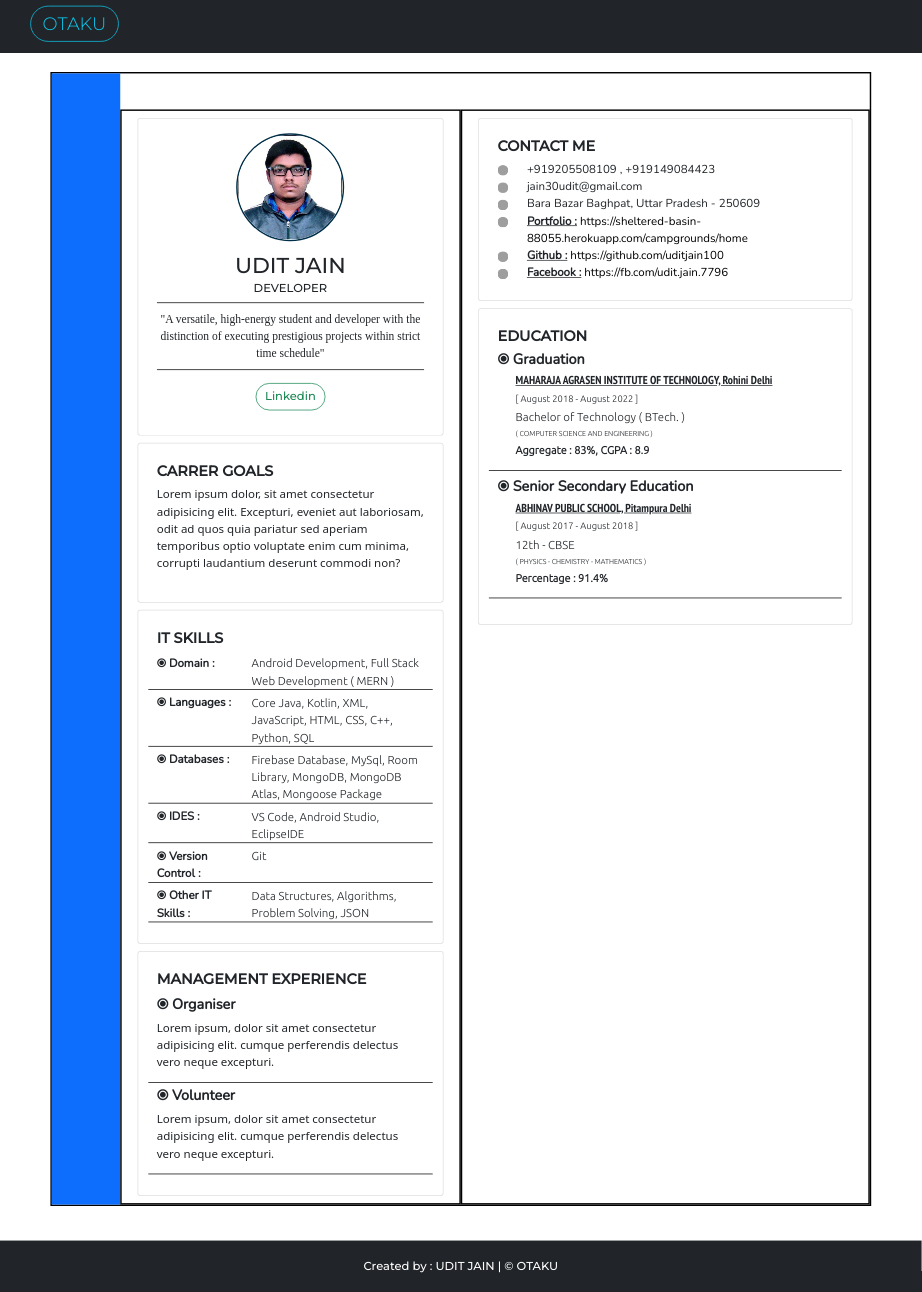
Repository: uditjain100/Responsive-Resume
Page: layouts/index.html
An editor plug-in stored every save of this project. The page is shown before and after the next save, followed by the edit.
The browser window is 1280 px wide. The pictures show the whole page, at 72% of full size.
Pictures or frames that could not be fetched are drawn as grey boxes. Some web fonts or font styles are not loaded; a fallback is used. Some web libraries are served in a nearby version.

Above is the page before, as saved 2021-03-01 18:08:49.

### layouts/index.html
<!DOCTYPE html>
<html lang="en">
  <head>
    <meta charset="UTF-8" />
    <meta http-equiv="X-UA-Compatible" content="IE=edge" />
    <meta name="viewport" content="width=device-width, initial-scale=1.0" />
    <title>Udit Jain</title>
    <link rel="stylesheet" href="app.css" />
    <link
      href="https://cdn.jsdelivr.net/npm/bootstrap@5.0.0-beta1/dist/css/bootstrap.min.css"
      rel="stylesheet"
      integrity="sha384-giJF6kkoqNQ00vy+HMDP7azOuL0xtbfIcaT9wjKHr8RbDVddVHyTfAAsrekwKmP1"
      crossorigin="anonymous"
    />

    <link rel="preconnect" href="https://fonts.gstatic.com" />
    <link
      href="https://fonts.googleapis.com/css2?family=Montserrat:wght@300;500&display=swap"
      rel="stylesheet"
    />
    <link
      href="https://fonts.googleapis.com/css2?family=Roboto+Slab:wght@300&display=swap"
      rel="stylesheet"
    />
    <link
      href="https://fonts.googleapis.com/css2?family=Spartan:wght@500&display=swap"
      rel="stylesheet"
    />
    <link
      href="https://fonts.googleapis.com/css2?family=Red+Hat+Display&display=swap"
      rel="stylesheet"
    />
    <link
      href="https://fonts.googleapis.com/css2?family=Ubuntu:wght@300&display=swap"
      rel="stylesheet"
    />
    <link
      href="https://fonts.googleapis.com/css2?family=Quicksand:wght@700&display=swap"
      rel="stylesheet"
    />
    <link
      href="https://fonts.googleapis.com/css2?family=Nunito&display=swap"
      rel="stylesheet"
    />
    <link
      href="https://fonts.googleapis.com/css2?family=Akaya+Kanadaka&display=swap"
      rel="stylesheet"
    />
    <link
      href="https://fonts.googleapis.com/css2?family=Akaya+Kanadaka&family=PT+Sans+Narrow:wght@700&display=swap"
      rel="stylesheet"
    />
  </head>
  <body>
    <header class="header">
      <nav class="navbar navbar-expand-lg navbar-light bg-dark pb-3 fixed-top">
        <div class="container-fluid">
          <a
            id="navtitle"
            class="navbar-brand text-info px-3 rounded-pill border border-info"
            href="#"
            >OTAKU</a
          >
        </div>
      </nav>
    </header>

    <div class="container">
      <div id="wholewindow" class="row">
        <div class="col-1 bg-primary"></div>
        <div id="leftwindow" class="col-5">
          <div id="namebox" class="card">
            <img
              id="profileimg"
              src="profile.jpg"
              class="card-img-top"
              alt="..."
            />
            <div class="card-body">
              <h3 class="card-title" style="font-size: 30px; font-weight: 400">
                UDIT JAIN
              </h3>
              <h6 class="card-subtitle">DEVELOPER</h6>
              <p id="summary">
                "A versatile, high-energy student and developer with the
                distinction of executing prestigious projects within strict time
                schedule"
              </p>
              <a href="#" class="btn btn-outline-success rounded-pill m-2"
                >Linkedin</a
              >
            </div>
          </div>
          <div id="goalbox" class="card">
            <div class="card-body">
              <h3 class="card-title">CARRER GOALS</h3>
              <p>
                Lorem ipsum dolor, sit amet consectetur adipisicing elit.
                Excepturi, eveniet aut laboriosam, odit ad quos quia pariatur
                sed aperiam temporibus optio voluptate enim cum minima, corrupti
                laudantium deserunt commodi non?
              </p>
            </div>
          </div>
          <div id="itskillsbox" class="card">
            <div class="card-body">
              <h3 class="card-title">IT SKILLS</h3>
              <ul class="list-group">
                <li id="itskillsitem" class="row">
                  <span class="col-4" id="que">⦿ Domain : </span>
                  <span class="col-8" id="ans"
                    >Android Development, Full Stack Web Development ( MERN
                    )</span
                  >
                </li>
                <li id="itskillsitem" class="row">
                  <span class="col-4" id="que">⦿ Languages : </span>
                  <span class="col-8" id="ans"
                    >Core Java, Kotlin, XML, JavaScript, HTML, CSS, C++, Python,
                    SQL</span
                  >
                </li>
                <li id="itskillsitem" class="row">
                  <span class="col-4" id="que">⦿ Databases : </span>
                  <span class="col-8" id="ans"
                    >Firebase Database, MySql, Room Library, MongoDB, MongoDB
                    Atlas, Mongoose Package</span
                  >
                </li>
                <li id="itskillsitem" class="row">
                  <span class="col-4" id="que">⦿ IDES : </span>
                  <span class="col-8" id="ans"
                    >VS Code, Android Studio, EclipseIDE</span
                  >
                </li>
                <li id="itskillsitem" class="row">
                  <span class="col-4" id="que">⦿ Version Control : </span>
                  <span class="col-8" id="ans">Git</span>
                </li>
                <li id="itskillsitem" class="row">
                  <span class="col-4" id="que">⦿ Other IT Skills : </span>
                  <span class="col-8" id="ans"
                    >Data Structures, Algorithms, Problem Solving, JSON</span
                  >
                </li>
              </ul>
            </div>
          </div>
          <div id="managementskillsbox" class="card">
            <div class="card-body">
              <h3 class="card-title">MANAGEMENT EXPERIENCE</h3>
              <ul class="list-group">
                <li id="managementskillsitem" class="row">
                  <h5 id="que" class="display-10">⦿ Organiser</h5>
                  <p>
                    Lorem ipsum, dolor sit amet consectetur adipisicing elit.
                    cumque perferendis delectus vero neque excepturi.
                  </p>
                </li>
                <li id="managementskillsitem" class="row">
                  <h5 id="que" class="display-10">⦿ Volunteer</h5>
                  <p>
                    Lorem ipsum, dolor sit amet consectetur adipisicing elit.
                    cumque perferendis delectus vero neque excepturi.
                  </p>
                </li>
              </ul>
            </div>
          </div>
        </div>
        <div id="rightwindow" class="col-6">
          <div id="contactbox" class="card">
            <div class="card-body">
              <h3 class="card-title">CONTACT ME</h3>
              <ul class="list-group">
                <li id="contactitem" class="row">
                  <div class="col-1">
                    <img
                      src="https://cdn.jsdelivr.net/npm/simple-icons@3.0.1/icons/android.svg"
                      alt=""
                    />
                  </div>
                  <div class="col-11">+919205508109 , +919149084423</div>
                </li>
                <li id="contactitem" class="row">
                  <div class="col-1">
                    <img
                      src="https://cdn.jsdelivr.net/npm/simple-icons@3.0.1/icons/gmail.svg"
                      alt=""
                    />
                  </div>
                  <div class="col-11">jain30udit@gmail.com</div>
                </li>
                <li id="contactitem" class="row">
                  <div class="col-1">
                    <img
                      src="https://cdn.jsdelivr.net/npm/simple-icons@3.0.1/icons/googlemaps.svg"
                      alt=""
                    />
                  </div>
                  <div class="col-11">
                    Bara Bazar Baghpat, Uttar Pradesh - 250609
                  </div>
                </li>
                <li id="contactitem" class="row">
                  <div class="col-1">
                    <img
                      src="https://cdn.jsdelivr.net/npm/simple-icons@4.13.0/icons/webpack.svg"
                      alt=""
                    />
                  </div>
                  <div style="text-align: left; margin-left: 0" class="col-11">
                    <span style="text-decoration: underline; font-weight: 800"
                      >Portfolio :</span
                    >
                    <a
                      href="https://sheltered-basin-88055.herokuapp.com/campgrounds/home"
                      ><span
                        >https://sheltered-basin-88055.herokuapp.com/campgrounds/home</span
                      ></a
                    >
                  </div>
                </li>
                <li id="contactitem" class="row">
                  <div class="col-1">
                    <img
                      src="https://cdn.jsdelivr.net/npm/simple-icons@4.13.0/icons/github.svg"
                      alt=""
                    />
                  </div>
                  <div style="text-align: left; margin-left: 0" class="col-11">
                    <span style="text-decoration: underline; font-weight: 800"
                      >Github :</span
                    >
                    <a href="https://github.com/uditjain100"
                      ><span>https://github.com/uditjain100</span></a
                    >
                  </div>
                </li>
                <li id="contactitem" class="row">
                  <div class="col-1">
                    <img
                      src="https://cdn.jsdelivr.net/npm/simple-icons@4.13.0/icons/facebook.svg"
                      alt=""
                    />
                  </div>
                  <div style="text-align: left; margin-left: 0" class="col-11">
                    <span style="text-decoration: underline; font-weight: 800"
                      >Facebook :</span
                    >
                    <a href="https://fb.com/udit.jain.7796"
                      ><span>https://fb.com/udit.jain.7796</span></a
                    >
                  </div>
                </li>
              </ul>
            </div>
          </div>
          <div id="educationbox" class="card">
            <div class="card-body">
              <h3 class="card-title">EDUCATION</h3>
              <ul class="list-group">
                <li id="educationitem" class="row">
                  <h5 id="que" class="display-10">⦿ Graduation</h5>
                  <div id="details" style="margin-left: 25px">
                    <h6
                      id="institutename"
                      style="font-family: 'PT Sans Narrow'"
                      class="display-12"
                    >
                      MAHARAJA AGRASEN INSTITUTE OF TECHNOLOGY, Rohini Delhi
                    </h6>
                    <h6
                      class="text-fade"
                      id="timestamp"
                      style="font-weight: 400"
                    >
                      [ August 2018 - August 2022 ]
                    </h6>
                    <h6 id="stream">Bachelor of Technology ( BTech. )</h6>
                    <h6 id="subjects">( COMPUTER SCIENCE AND ENGINEERING )</h6>
                    <h6 id="marks">Aggregate : 83%, CGPA : 8.9</h6>
                  </div>
                </li>
                <li id="educationitem" class="row">
                  <h5 id="que" class="display-10">
                    ⦿ Senior Secondary Education
                  </h5>
                  <div id="details" style="margin-left: 25px">
                    <h6
                      id="institutename"
                      style="font-family: 'PT Sans Narrow'"
                      class="display-12"
                    >
                      ABHINAV PUBLIC SCHOOL, Pitampura Delhi
                    </h6>
                    <h6
                      class="text-fade"
                      id="timestamp"
                      style="font-weight: 400"
                    >
                      [ August 2017 - August 2018 ]
                    </h6>
                    <h6 id="stream">12th - CBSE</h6>
                    <h6 id="subjects">( PHYSICS - CHEMISTRY - MATHEMATICS )</h6>
                    <h6 id="marks">Percentage : 91.4%</h6>
                  </div>
                </li>
              </ul>
            </div>
          </div>
        </div>
      </div>
    </div>

    <footer class="footer bg-dark mt-5 py-4">
      <div class="container">
        <span class="" style="text-align: center"
          >Created by : UDIT JAIN | &copy; OTAKU</span
        >
      </div>
    </footer>

    <script
      src="https://cdn.jsdelivr.net/npm/@popperjs/core@2.6.0/dist/umd/popper.min.js"
      integrity="sha384-KsvD1yqQ1/1+IA7gi3P0tyJcT3vR+NdBTt13hSJ2lnve8agRGXTTyNaBYmCR/Nwi"
      crossorigin="anonymous"
    ></script>
    <script
      src="https://cdn.jsdelivr.net/npm/bootstrap@5.0.0-beta2/dist/js/bootstrap.min.js"
      integrity="sha384-nsg8ua9HAw1y0W1btsyWgBklPnCUAFLuTMS2G72MMONqmOymq585AcH49TLBQObG"
      crossorigin="anonymous"
    ></script>

    <script src="https://cdnjs.cloudflare.com/ajax/libs/typed.js/2.0.11/typed.min.js"></script>

    <script src="app.js"></script>
  </body>
</html>

### layouts/app.css
/* * Common Section */

@keyframes transitionIn {
  from {
    opacity: 0;
    transform: rotateY(-10deg);
  }
  to {
    opacity: 1;
    transform: rotateY(0);
  }
}

html {
  animation: transitionIn 1s;
}

/* * Navbar Section */

#navtitle {
  font-family: "Montserrat";
  font-size: 25px;
  font-weight: 300;
  margin-left: 30px;
}

#navlist li {
  font-family: "Montserrat";
  font-weight: 200;
  margin: 10px;
  padding: 10px;
  font-size: 20px;
  transition: 0.1s;
  display: flex;
  flex-direction: column-reverse;
  align-items: center;
}

#navlist li img {
  width: 30px;
  display: none;
  height: 30px;
  margin: 5px;
  border-radius: 50%;
}

#navlist li:hover {
  font-weight: 500;
  border-bottom-left-radius: 10%;
  border-bottom-right-radius: 10%;
  border-bottom: 2px white solid;
}

@media (max-width: 993px) {
  #navlist li img {
    display: flex;
    background-color: grey;
  }
}

/*  ********************* resume work */

#wholewindow {
  margin-top: 100px;
  border: 2px black solid;
  display: flex;
  flex-direction: row;
  flex-wrap: wrap;
  justify-content: space-evenly;
  /* align-items: center; */
}

#leftwindow,
#rightwindow {
  margin-top: 50px;
  border: 2px black solid;
  min-width: 400px;
}

#namebox {
  display: flex;
  flex-direction: column;
  flex-wrap: wrap;
  justify-content: space-evenly;
  align-items: center;
  text-align: center;
  font-family: "Montserrat";
}

#profileimg {
  width: 150px;
  height: 150px;
  border-radius: 50%;
  border: 2px #003049 solid;
  margin-top: 10px;
}
#summary {
  font-family: "Akaya Kanadaka";
  margin-top: 10px;
  margin-bottom: 10px;
  padding-top: 10px;
  padding-bottom: 10px;

  border-bottom: 1px black solid;
  border-top: 1px black solid;
}

#itskillsitem,
#managementskillsitem {
  border-bottom: 1px black solid;
  margin-top: 3px;
  margin-bottom: 3px;
}

#que {
  font-family: "Nunito";
  font-weight: 900;
  text-align: left;
}

#ans {
  font-family: "Ubuntu";
  font-weight: 400;
  text-align: left;
}

li img {
  width: 15px;
  height: 15px;
  border-radius: 50%;
  margin-right: 5px;
}

#contactitem {
  font-family: "Nunito";
}

#contactitem div a {
  color: black;
  text-decoration: none;
  transition: 0.3s;
}

#contactitem div a:hover {
  color: dodgerblue;
  text-decoration: underline;
}

#educationitem {
  margin-bottom: 10px;
  padding-bottom: 10px;
  border-bottom: 1px black solid;
}

#details {
  font-family: "Ubuntu";
}

#institutename {
  text-decoration: underline;
}

#timestamp {
  font-size: 13px;
}

#stream {
  font-size: 16px;
  font-weight: 400;
}

#subjects {
  font-size: 10px;
  font-weight: 300;
}

#marks {
  font-size: 15px;
  font-weight: 700;
}

.card {
  margin: 10px;
  padding: 10px;
}

.card-title {
  font-family: "Montserrat";
  font-weight: 900;
  font-size: 20px;
}

/* * Common Section */

.footer {
  position: -webkit-sticky;
  left: 0;
  bottom: 0;
  width: 100%;
  color: white;
  text-align: center;
  font-family: "Montserrat";
}

Loaded but not shown: layouts/app.js (no copy from this time; the picture is the same without it)

After the next save:
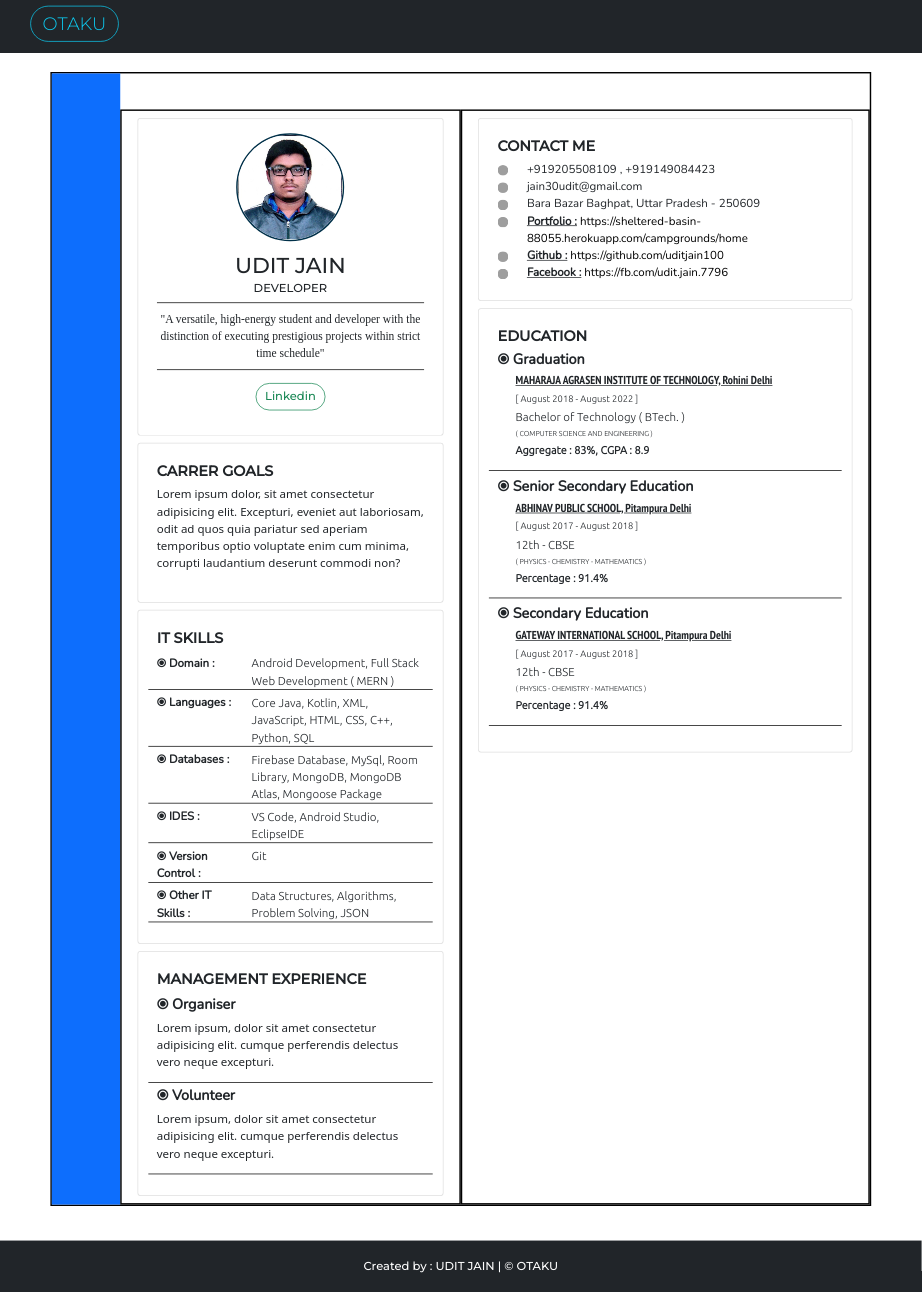
Saved 102 s later.
--- a/layouts/index.html
+++ b/layouts/index.html
@@ -306,6 +306,28 @@
                     <h6 id="marks">Percentage : 91.4%</h6>
                   </div>
                 </li>
+                <li id="educationitem" class="row">
+                  <h5 id="que" class="display-10">⦿ Secondary Education</h5>
+                  <div id="details" style="margin-left: 25px">
+                    <h6
+                      id="institutename"
+                      style="font-family: 'PT Sans Narrow'"
+                      class="display-12"
+                    >
+                      GATEWAY INTERNATIONAL SCHOOL, Pitampura Delhi
+                    </h6>
+                    <h6
+                      class="text-fade"
+                      id="timestamp"
+                      style="font-weight: 400"
+                    >
+                      [ August 2017 - August 2018 ]
+                    </h6>
+                    <h6 id="stream">12th - CBSE</h6>
+                    <h6 id="subjects">( PHYSICS - CHEMISTRY - MATHEMATICS )</h6>
+                    <h6 id="marks">Percentage : 91.4%</h6>
+                  </div>
+                </li>
               </ul>
             </div>
           </div>
